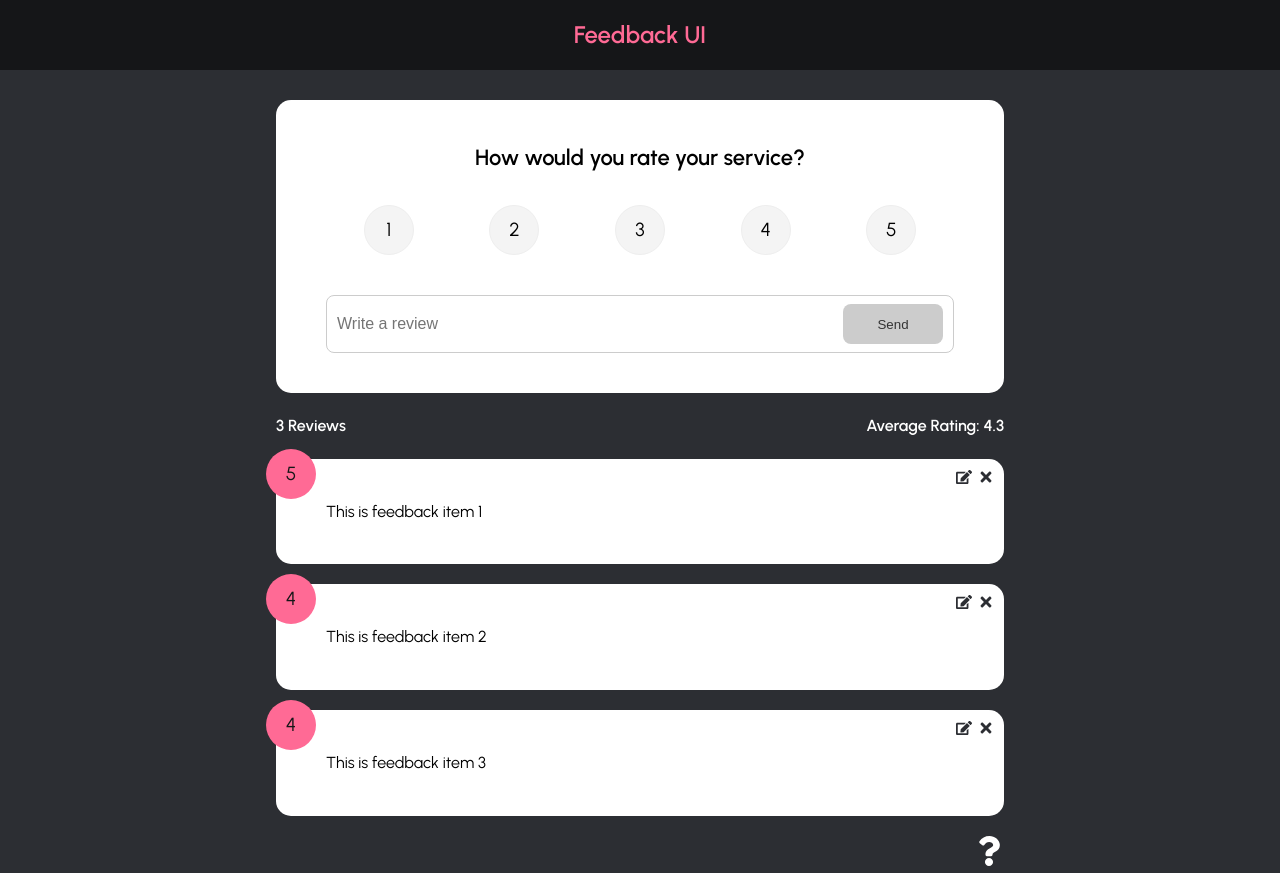
Repository: Vasil1001/feedback-project-react
Page: /
These files come from the project's save history. The page is drawn as it stood at one moment and after the next save; the edit follows.
The browser window is 1280 px wide. The pictures show the whole page.
The project was rebuilt for these pictures with package versions that can differ from the ones it lists, and the page was loaded fresh each time. Also part of the build but not shown: vite.config.js, src/pages/AboutPage.jsx.

Above is the page before, as saved 2023-01-09 17:52:24.

After the next save:
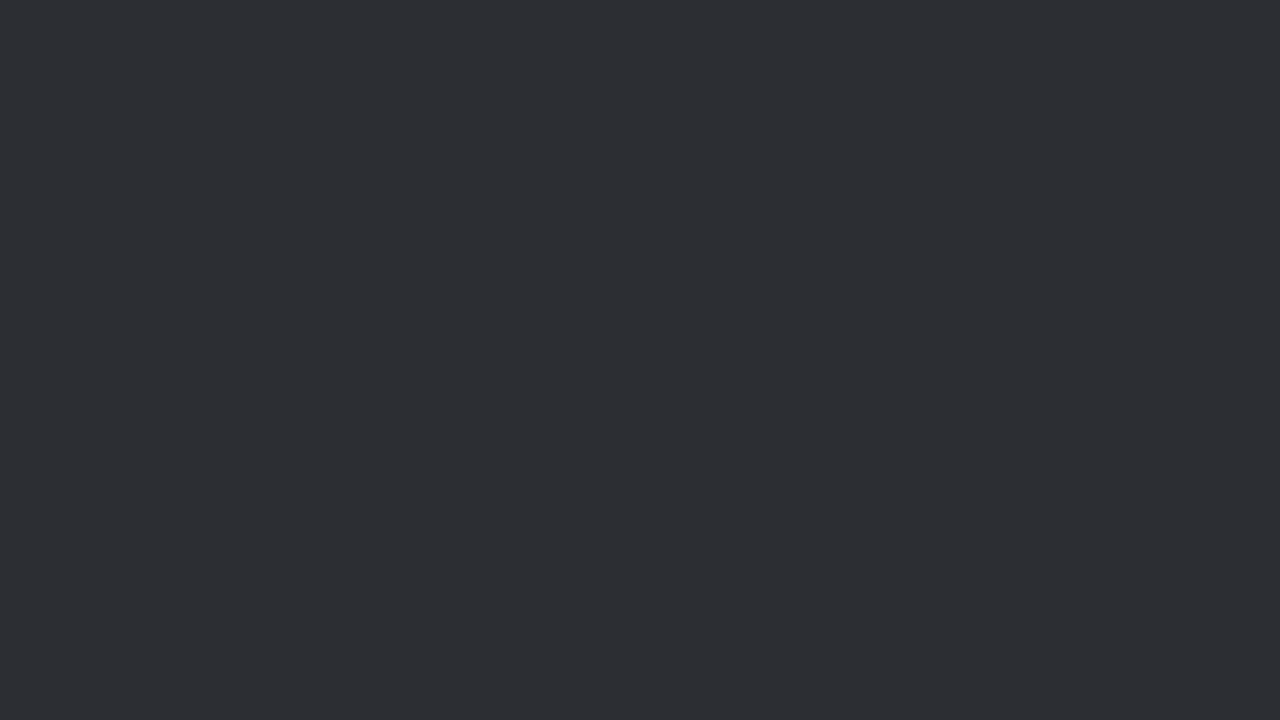
Console error: TypeError: Cannot read properties of undefined (reading 'reduce')
Saved 4 min 29 s later.
--- a/src/context/FeedbackContext.jsx
+++ b/src/context/FeedbackContext.jsx
@@ -4,23 +4,7 @@
 const FeedbackContext = createContext()
 
 export const FeedbackProvider = ({ children }) => {
-    const [feedback, setFeedback] = useState([
-        {
-            id: 1,
-            text: 'This is feedback item 1 ',
-            rating: 5
-        },
-        {
-            id: 2,
-            text: 'This is feedback item 2 ',
-            rating: 4
-        },
-        {
-            id: 3,
-            text: 'This is feedback item 3 ',
-            rating: 4
-        }
-    ])
+    const [feedback, setFeedback] = useState()
     const [feedbackEdit, setFeedbackEdit] = useState({
         item: {},
         edit: false,

After the save that followed:
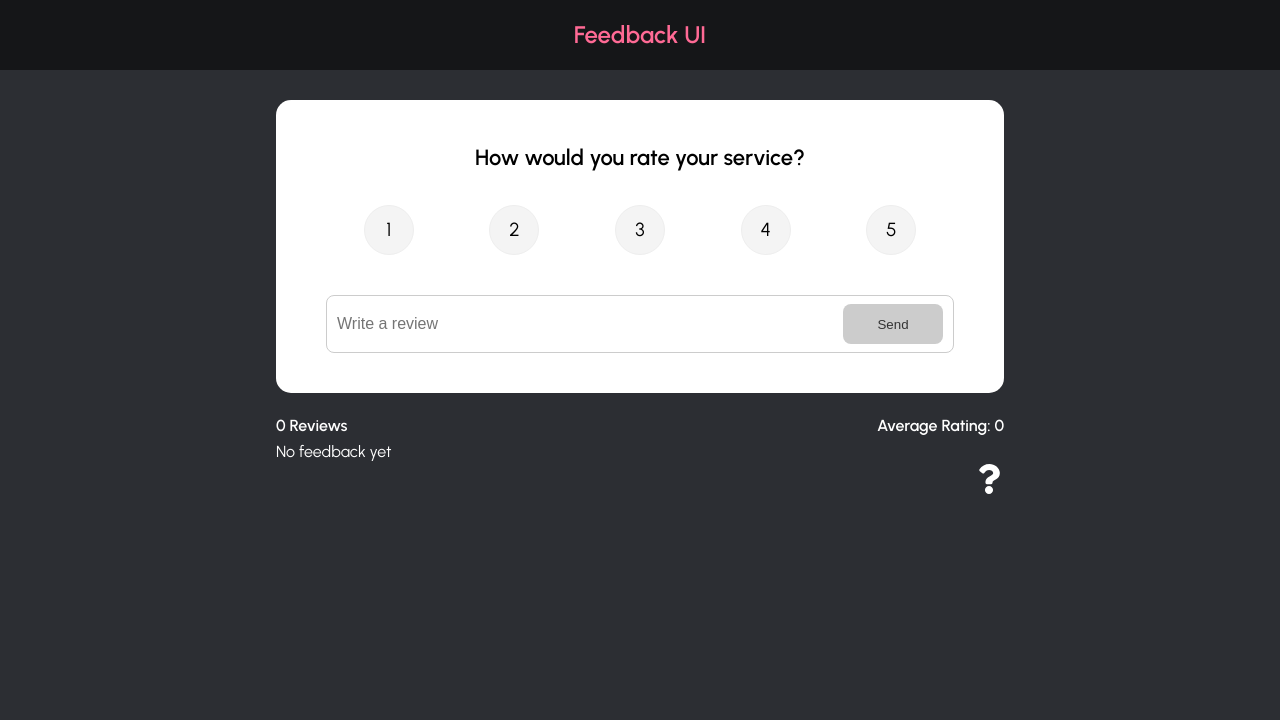
The error is gone.
Saved 4 s later.
--- a/src/context/FeedbackContext.jsx
+++ b/src/context/FeedbackContext.jsx
@@ -4,7 +4,7 @@
 const FeedbackContext = createContext()
 
 export const FeedbackProvider = ({ children }) => {
-    const [feedback, setFeedback] = useState()
+    const [feedback, setFeedback] = useState([])
     const [feedbackEdit, setFeedbackEdit] = useState({
         item: {},
         edit: false,
